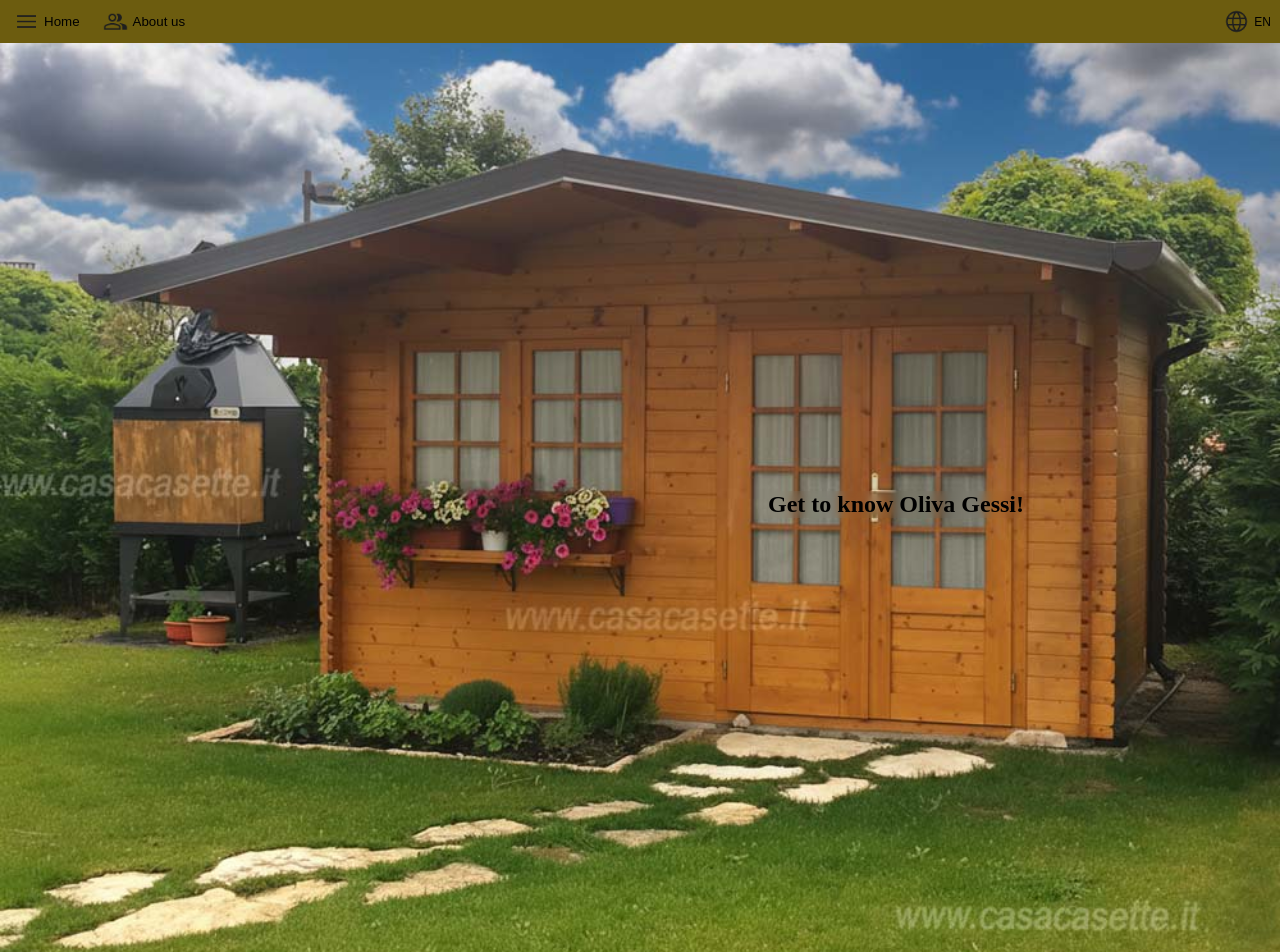
Repository: Seaside-Jokers/Oliva-gessi
Page: index.html
The author's editor kept a copy of each file at every save. The page is drawn from the files as they stood at one save, then again after a run of saves.
The browser window is 1280 px wide. The pictures show the part of the page from y = 0 to 952 px (the page is 2002 px tall before and 1968 px after).
A picture or video elsewhere on the page could not be fetched, so the positions and the page height are approximate.

Above is the page before, as saved 2026-02-17 01:17:54.

### index.html
<!DOCTYPE html>
<html lang="it">
<head>
    <meta charset="UTF-8">
    <title>Oliva Gessi</title>
    <link rel="stylesheet" href="src/style.css">
    <link rel="alternate" hreflang="en" href="index.html">
    <link rel="alternate" hreflang="it" href="index.html">
</head>
<body>
    <!-- ======================================================================= -->
    <!--                                 NAVBAR                                  -->
    <!-- ======================================================================= -->
    <nav class="navbar">
        <!-- Home -->
        <button class="btn-navbar" type="button" onclick="toggleMenu()">
            <img src="assets/menu_icon.png" data-key="home" alt="Home" class="icone" id="navbar-button">
            <span data-key="home" class="navData">Menu</span>
        </button>
        <!-- About us-->
        <button class="btn-navbar" type="button" onclick="location.href='about-us.html'">
            <img src="assets/about_us.png" data-key="about" alt="Chi siamo" class="icone">
            <span data-key="about" class="navData">Chi siamo</span>
        </button>
        <!-- Cambio lingua (a destra) -->
        <button class="btn-navbar lang-button" type="button">
            <img src="assets/language.png" data-key="language" alt="Cambia lingua" class="icone"
             onclick="changeLang()">
            <span data-key="current_language" class="nav-data">IT</span>
        </button>
    </nav>
    <!-- ======================================================================= -->
    <!--                                 SIDEBAR                                 -->
    <!-- ======================================================================= -->
    <!-- Strato trasparente che permette di chiudere il menu cliccando fuori -->
    <div class="clicker" onclick="closeMenu()"></div>
    <!-- Menu laterale vero e proprio -->
    <div class="sidebar" id="sidebar">
        <!-- Chiudi il menu -->
        <button class="sidebar-button on_top" type="button" onclick="closeMenu()">
            <img src="assets/close.png" alt="Chiudi menu" class="icone large">
            <span data-key="close_menu" class="side-data">Chiudi</span>
        </button>
        <!-- About us -->
        <button class="sidebar-button" type="button" onclick="location.href='about-us.html'">
            <img src="assets/about_us.png" alt="Chiudi menu" class="icone large">
            <span data-key="about" class="side-data">Chi siamo</span>
        </button>
        <details>
            <!-- Le varie pagine del file -->
            <summary data-key="cerca_pagina"></summary>
        </details>
    </div>

    <!-- ======================================================================= -->
    <!--                                CONTENUTO                                -->
    <!-- ======================================================================= -->
    <div class="container spaced">
        <!-- Prova dettagliata -->
        <img src="assets/prova_dettagliata.jpg" data-key="titoloimg" alt="Logo Oliva Gessi" class="immagine">
        <h2 data-key="titolo" id="titolotxt" class="blurry">Vieni a conoscere Oliva Gessi!</h2>
    </div>
    <p data-key="testo_introduzione" class="text"></p>
    <div class="container spaced">
        <img src="assets/oliva_gessi.jpg" alt="Oliva Gessi" class="immagine">
    </div>

    <!-- ======================================================================= -->
    <!--                              DO NOT TOUCH                               -->
    <!-- ======================================================================= -->
    <script src="src/database_testo.js"></script>
    <script src="src/color_scheme.js"></script>
    <script src="src/sidebar.js"></script>
</body>

<!-- TODO: leggi questo commento e poi eliminalo per favore: quando vuoi aggiungere un nuovo testo modificalo in src/database_testo.js -->
</html>

### src/style.css
/* -------------------------------------------------------------------------- */
/*                                    BASE                                    */
/* -------------------------------------------------------------------------- */
/* corpo dell'HTML */
body {
    font-family: 'Montserrat', sans-serif;
    margin: 0;
    padding: 0;
    background-color: var(--colors-background);
}
.spaced {
    margin-top: 28px;
}
.on_top {
    margin-top: 25px;
}
.title {
    font-family: 'Playfair Display', serif;
}
h1 {
    font-family: 'Playfair Display', serif;
}
h2 {
    font-family: 'Playfair Display', serif;
}
h3 {
    font-family: 'Playfair Display', serif;
}
h4 {
    font-family: 'Playfair Display', serif;
}
h5 {
    font-family: 'Playfair Display', serif;
}
h6 {
    font-family: 'Playfair Display', serif;
}

/* -------------------------------------------------------------------------- */
/*                                   NAVBAR                                   */
/* -------------------------------------------------------------------------- */
nav.navbar {
    position: fixed;
    top: 0;
    width: 100%;
    display: flex;
    align-items: center;
    background-color: var(--colors-primary);
    padding: 5px;
}
.icone {
    width: 25px;
    height: auto;
    display: block;
    margin: 0px 5px;
}
.icone.large {
    width: 30px;
}

button.btn-navbar {
    padding: 4px;
    margin-right: 10px;
    background: none;
    border: none;
    cursor: pointer;
    transition: transform 0.2s;
    display: flex;
    flex-direction: row;
    align-items: center;
    justify-content: center;
}
.btn-navbar:hover {
    transform: scale(1.1);
}
button.btn-navbar.lang-button {
    margin-left: auto;
    margin-right: 10px;
}
button.btn-navbar.ruotata {
    transform: rotate(90deg);
}

span.nav-data {
    font-size: 12px;
}
/* TODO: apertuta menu, rotazione di 90° quando il menù è aperto */

.btn-menu:hover {
    transform: scale(1.1);
}

/* -------------------------------------------------------------------------- */
/*                               SIDEBAR (HOME)                               */
/* -------------------------------------------------------------------------- */
.clicker {
    position: fixed;
    top: 0;
    left: 0;
    width: 0%;
    height: 0%;
    z-index: 1;
}
.clicker.show {
    width: 100%;
    height: 100%;
}
.sidebar {
    position: fixed;
    height: 100%;
    width: 250px;
    position: fixed;
    z-index: 1000;
    top: 0;
    left: -250px;
    background-color: var(--colors-primary);
    overflow-x: hidden;
    transition: 0.5s;
    flex-direction: column;
}
.sidebar.aperta {
    left: 0;
}
.sidebar-button {
    background: none;
    border: none;
    display: flex;
    flex-direction: row;
    align-items: center;
    flex: 1;
    margin: 8px 3px;
}
.side-data {
    font-size: 14px;
}
details {
  cursor: pointer;
  font-weight: bold;
  margin-top: 10px;
  margin-bottom: 15px;
  margin-left: 15px;
}

/* -------------------------------------------------------------------------- */
/*                                  CONTENUTO                                 */
/* -------------------------------------------------------------------------- */
.container {
    display: flex;
    flex-direction: row;
    align-items: center;
    justify-content: center;
    width: 100%;
}
.immagine {
    width: 100%;
    height: auto;
    margin-left: auto;
    margin-right: 0;
}
.blurry {
    backdrop-filter: blur(5px);
    -webkit-backdrop-filter: blur(8px);
}

#titolotxt {
    z-index: 200;
    position: absolute;
    left: 60%;
}

/* TODO far sì che scali tutto bene con le dimensioni dello schermo */

/*
    Fonts: https://ctrl-z.it/9-font-architettura-tavole-portfolio https://material-f/
    Design: foundation.github.io/material-theme-builder/
    Fonts: Playfair Display (titoli), Montserrat (testo normale)
*/

### src/database_testo.js
const traduzioni = {
    "it": {
        titolo: "Vieni a conoscere Oliva Gessi!",
        home: "Home",
        about: "Chi siamo",
        language: "Cambia lingua",
        current_language: "IT",
        close_menu: "Chiudi",
        cerca_pagina: "Cerca la pagina",

        testo_introduzione: "Qualcosa di interessante su Oliva Gessi!", // TODO! completare
    },
    "en": {
        titolo: "Get to know Oliva Gessi!",
        home: "Home",
        about: "About us",
        language: "Change language",
        current_language: "EN",
        close_menu: "Close menu",
        cerca_pagina: "Search the page",
        testo_introduzione: "Something interesting about Oliva Gessi!", // TODO! completare
    }
}

function getTesto(key) {
    return traduzioni[state][key] || key;
}



/* -------------------------------------------------------------------------- */
/*                                DO NOT TOUCH                                */
/* -------------------------------------------------------------------------- */
let state =  getDefaultLang();

function aggiornaInterfaccia() {
    const elementi = document.querySelectorAll('[data-key]');

    elementi.forEach(el => {
        const chiave = el.getAttribute('data-key');
        const testoTradotto = traduzioni[state][chiave];

        if (testoTradotto) {
            if (el.tagName === 'IMG') {
                el.alt = testoTradotto;
            } else {
                // Altrimenti aggiorna il testo normale
                el.textContent = testoTradotto;
            }
        }
    });
}

/* -------------------------------------------------------------------------- */
/*                            Cambiamenti di stato                            */
/* -------------------------------------------------------------------------- */
function getDefaultLang() {
    if(navigator.language.substring(0, 2) === "it")
        return "it";

    return "en";
}
function defaultLang() {
    state = getDefaultLang();
    aggiornaInterfaccia();
    return true;
}
function changeLangTo(_state) {
    if(_state !== "it" && _state !== "en") {
        defaultLang();
        return;
    }
    state = _state;
    aggiornaInterfaccia();
}
function changeLang() {
    if(state === "it")
        changeLangTo("en");
    else
        changeLangTo("it");
}

document.addEventListener("DOMContentLoaded", aggiornaInterfaccia);

### src/sidebar.js
let menuAperto = false;

function toggleMenu() {
    menuAperto = !menuAperto;

    const icon = document.getElementById("navbar-button");
    icon.classList.toggle('ruotata');

    const menu = document.getElementById("sidebar");
    menu.classList.toggle('aperta');

    const clicker = document.querySelector(".clicker");
    clicker.classList.toggle('show');
}
function closeMenu() {
    if(!menuAperto) return;
    toggleMenu();
}

Loaded but not shown: src/color_scheme.js (530 lines, source omitted)

After the next 2 saves:
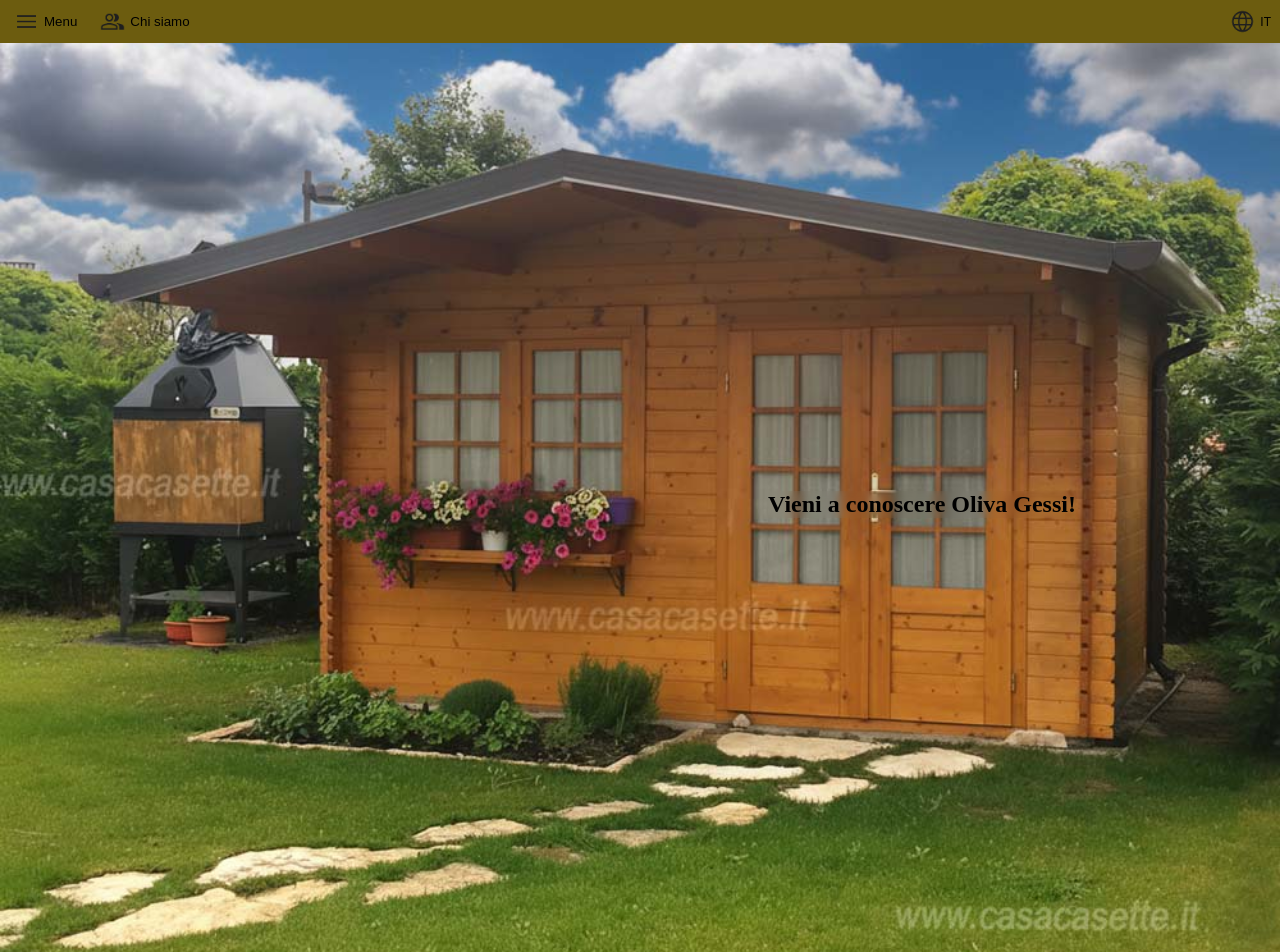
Console error: SyntaxError: Unexpected identifier 'testo_introduzione'
The 2 saves are shown as one change because they came seconds apart.
The last was saved 9 s later.
--- a/src/database_testo.js
+++ b/src/database_testo.js
@@ -7,7 +7,7 @@
         current_language: "IT",
         close_menu: "Chiudi",
         cerca_pagina: "Cerca la pagina",
-
+        titolotxt
         testo_introduzione: "Qualcosa di interessante su Oliva Gessi!", // TODO! completare
     },
     "en": {

After the 4 saves that followed:
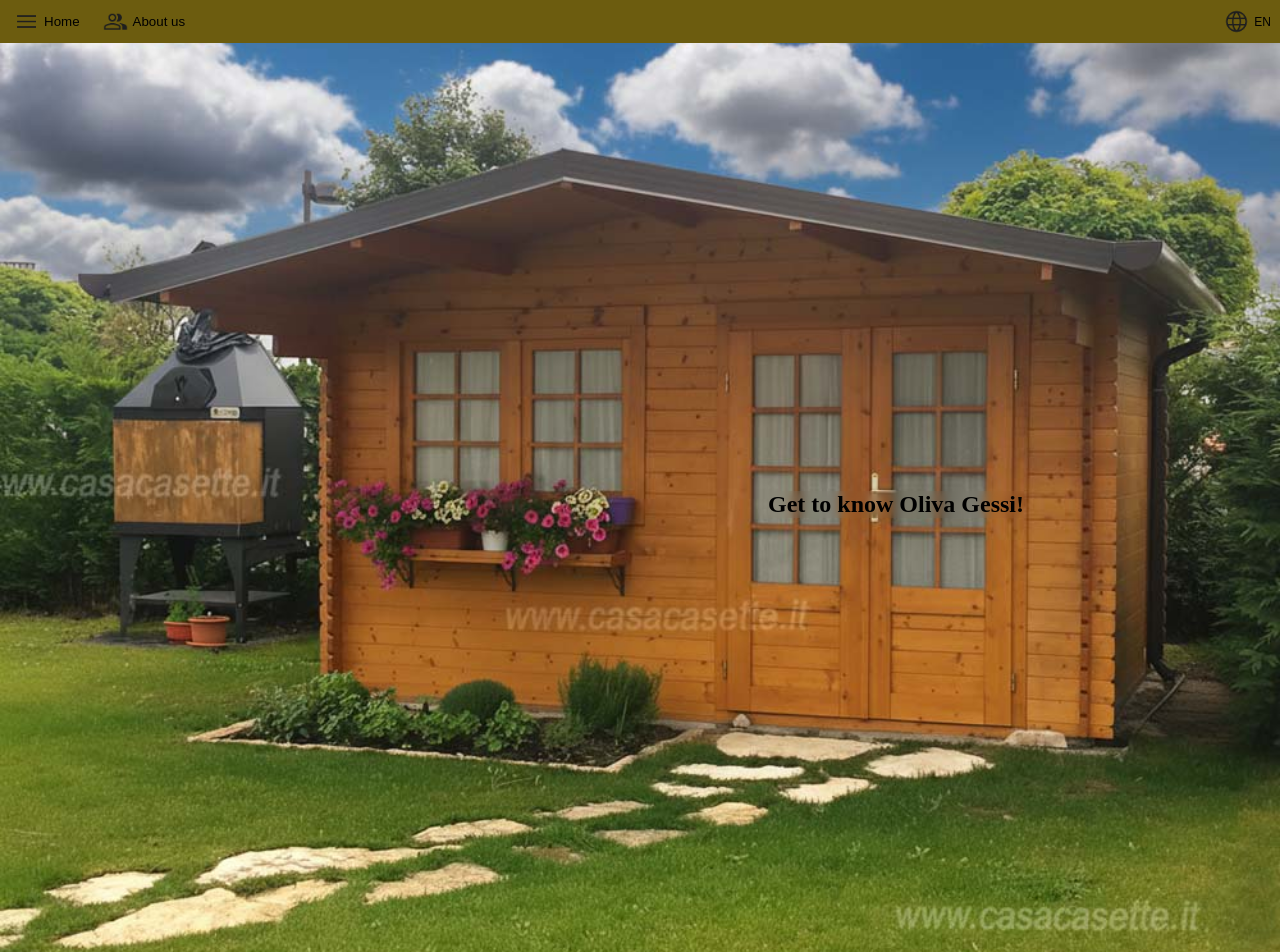
The error is gone.
The 4 saves are shown as one change because 3 left the picture as it was.
The last was saved 26 s later.
--- a/index.html
+++ b/index.html
@@ -57,7 +57,7 @@
     <!-- ======================================================================= -->
     <div class="container spaced">
         <!-- Prova dettagliata -->
-        <img src="assets/prova_dettagliata.jpg" data-key="titoloimg" alt="Logo Oliva Gessi" class="immagine">
+        <img src="assets/prova_dettagliata.jpg" data-key="titolo_img" alt="Logo Oliva Gessi" class="immagine">
         <h2 data-key="titolo" id="titolotxt" class="blurry">Vieni a conoscere Oliva Gessi!</h2>
     </div>
     <p data-key="testo_introduzione" class="text"></p>
--- a/src/database_testo.js
+++ b/src/database_testo.js
@@ -7,7 +7,7 @@
         current_language: "IT",
         close_menu: "Chiudi",
         cerca_pagina: "Cerca la pagina",
-        titolotxt
+        titolo_img: "Foto di Oliva Gessi",
         testo_introduzione: "Qualcosa di interessante su Oliva Gessi!", // TODO! completare
     },
     "en": {
